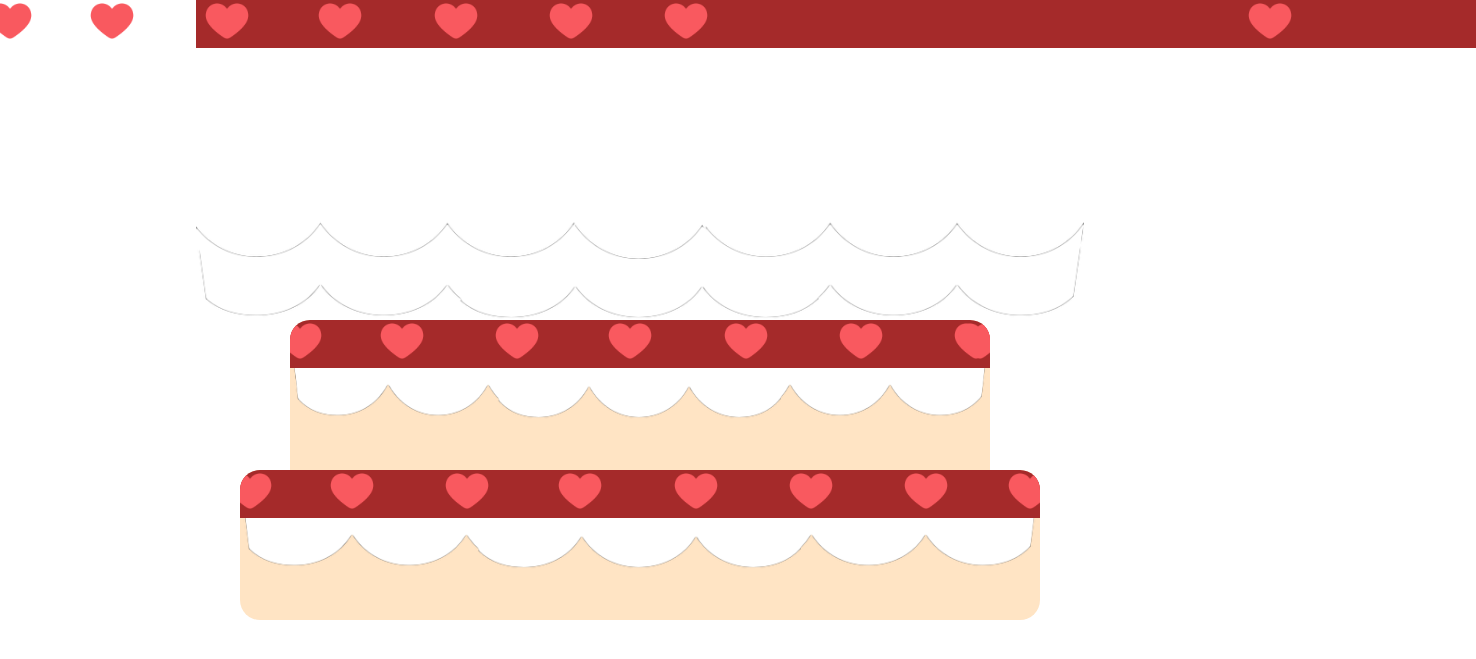
Repository: iphoneboy46/happybirthday
Page: index.html
These files come from the project's save history. The page is drawn as it stood at one moment and after a run of saves; the edit follows.
The browser window is 1280 px wide. The page is 1476 px wide, then 1280 px, so the pictures cover 1476 px, including what lies to the right of the window. The pictures show the whole page.

Above is the page before, as saved 2022-11-28 14:43:43.

### index.html
<!DOCTYPE html>
<html lang="en">
  <head>
    <meta charset="UTF-8" />
    <meta http-equiv="X-UA-Compatible" content="IE=edge" />
    <meta name="viewport" content="width=device-width, initial-scale=1.0" />
    <title>Happy Birthday</title>
    <link rel="stylesheet" href="style.css" />
  </head>
  <body>
    <div class="container">
      <div class="cake">
        <div class="top--cake">
            <div class="img-wavy">
              <img src="image/img1.png" alt="" />
            </div>

            <div class="img-heart-1">
              <img src="image/heart.png" alt="" />
            </div>
            <div class="img-heart-2">
              <img src="image/heart.png" alt="" />
            </div>
            <div class="img-heart-3">
              <img src="image/heart.png" alt="" />
            </div>
            <div class="img-heart-4">
              <img src="image/heart.png" alt="" />
            </div>
            <div class="img-heart-5">
              <img src="image/heart.png" alt="" />
            </div>
            <div class="img-heart-6">
              <img src="image/heart.png" alt="" />
            </div>
            <div class="img-heart-7">
              <img src="image/heart.png" alt="" />
            </div>
            <div class="img-heart-8">
              <img src="image/heart.png" alt="" />
            </div>

            <div class="border-cake"></div>
          </div>
        <div class="center--cake">
          <div class="img-wavy">
            <img src="image/img1.png" alt="" />
          </div>

          <div class="img-heart-1">
            <img src="image/heart.png" alt="" />
          </div>
          <div class="img-heart-2">
            <img src="image/heart.png" alt="" />
          </div>
          <div class="img-heart-3">
            <img src="image/heart.png" alt="" />
          </div>
          <div class="img-heart-4">
            <img src="image/heart.png" alt="" />
          </div>
          <div class="img-heart-5">
            <img src="image/heart.png" alt="" />
          </div>
          <div class="img-heart-6">
            <img src="image/heart.png" alt="" />
          </div>
          <div class="img-heart-7">
            <img src="image/heart.png" alt="" />
          </div>
          <div class="img-heart-8">
            <img src="image/heart.png" alt="" />
          </div>

          <div class="border-cake"></div>
        </div>
        <div class="bottom--cake">
          <div class="img-wavy">
            <img src="image/img1.png" alt="" />
          </div>

          <div class="img-heart-1">
            <img src="image/heart.png" alt="" />
          </div>
          <div class="img-heart-2">
            <img src="image/heart.png" alt="" />
          </div>
          <div class="img-heart-3">
            <img src="image/heart.png" alt="" />
          </div>
          <div class="img-heart-4">
            <img src="image/heart.png" alt="" />
          </div>
          <div class="img-heart-5">
            <img src="image/heart.png" alt="" />
          </div>
          <div class="img-heart-6">
            <img src="image/heart.png" alt="" />
          </div>
          <div class="img-heart-7">
            <img src="image/heart.png" alt="" />
          </div>
          <div class="img-heart-8">
            <img src="image/heart.png" alt="" />
          </div>

          <div class="border-cake"></div>
        </div>
      </div>
    </div>
  </body>
</html>

### style.css
*{
    padding: 0;
    margin: 0;
    box-sizing: border-box;
}

.container{
   height: 100vh;
   display: flex;
   justify-content: center;
   align-items: flex-end;
}

.cake{
    display: flex;
    flex-direction: column;
    justify-content:center;
    align-items:center
}



.center--cake{
    position: relative;
    overflow: hidden;
    width: 700px;
    height:150px;
    background-color: bisque;
    border-top-left-radius:20px;
    border-top-right-radius:20px;

}


.bottom--cake{
    position: relative;
    overflow: hidden;
    width: 800px;
    height:150px;
    background-color: bisque;
    border-radius:20px;
    margin-bottom: 100px;
}



.img-wavy{
    width: 100%;
    height: 100px;
}

.img-wavy img{
    width: 100%;
    height: 100%;
}

.img-heart-1{
    z-index: 3;
    position: absolute;
    top: -4px;
    left: -15px;
    width:50px;
    height:50px;
}


.img-heart-1 img{
    width: 100%;
    height: 100%;
}

.img-heart-2{
    z-index: 3;
    position: absolute;
    top: -4px;
    left: 87px;
    width:50px;
    height:50px;
}


.img-heart-2 img{
    width: 100%;
    height: 100%;
}


.img-heart-3{
    z-index: 3;
    position: absolute;
    top: -4px;
    left: 202px;
    width:50px;
    height:50px;
}


.img-heart-3 img{
    width: 100%;
    height: 100%;
}

.img-heart-4{
    z-index: 3;
    position: absolute;
    top: -4px;
    left: 315px;
    width:50px;
    height:50px;
}


.img-heart-4 img{
    width: 100%;
    height: 100%;
}

.img-heart-5{
    z-index: 3;
    position: absolute;
    top: -4px;
    left: 431px;
    width:50px;
    height:50px;
}


.img-heart-5 img{
    width: 100%;
    height: 100%;
}

.img-heart-6{
    z-index: 3;
    position: absolute;
    top: -4px;
    left: 546px;
    width:50px;
    height:50px;
}


.img-heart-6 img{
    width: 100%;
    height: 100%;
}

.img-heart-7{
    z-index: 3;
    position: absolute;
    top: -4px;
    left: 661px;
    width:50px;
    height:50px;
}


.img-heart-7 img{
    width: 100%;
    height: 100%;
}

.img-heart-8{
    z-index: 3;
    position: absolute;
    top: -4px;
    right: -15px;
    width:50px;
    height:50px;
}


.img-heart-8 img{
    width: 100%;
    height: 100%;
}



.border-cake{
    z-index: 2;
    position: absolute;
    top: 0;
    width: 100%;
    height: 48px;
    background-color: brown;
}

After the next 2 saves:
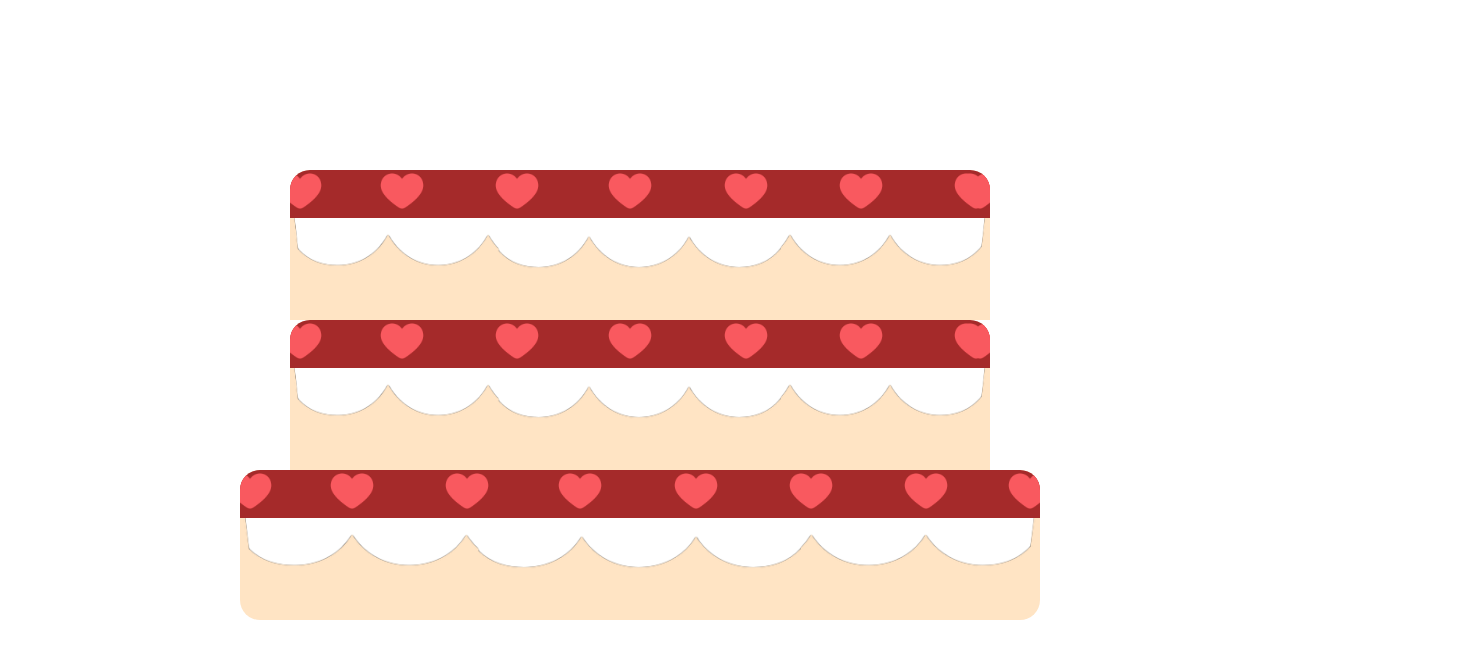
The 2 saves are shown as one change because they came seconds apart.
The last was saved 10 s later.
--- a/style.css
+++ b/style.css
@@ -16,6 +16,18 @@
     flex-direction: column;
     justify-content:center;
     align-items:center
+}
+
+
+.top--cake{
+    position: relative;
+    overflow: hidden;
+    width: 700px;
+    height:150px;
+    background-color: bisque;
+    border-top-left-radius:20px;
+    border-top-right-radius:20px;
+
 }
 
 
